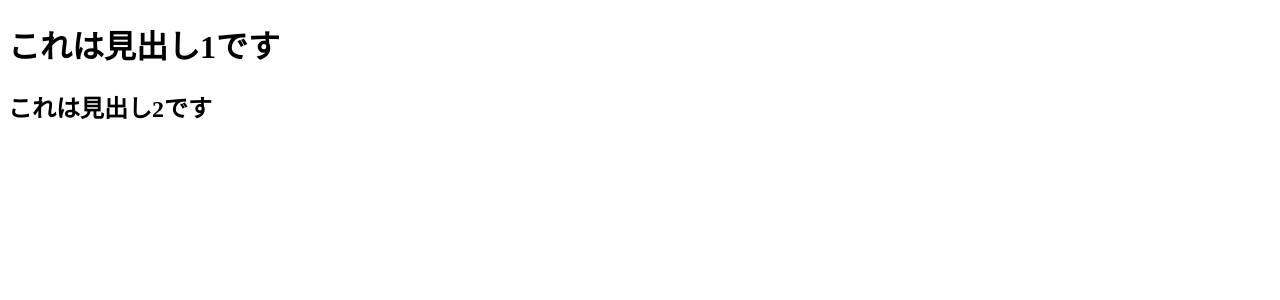
Repository: KustomApe/BlackRabbitTV
Page: 001_HTML/index.html
The author's editor kept a copy of each file at every save. The page is drawn from the files as they stood at one save, then again after the next save.
The browser window is 1280 px wide. The pictures show the whole page.

Above is the page before, as saved 2023-11-13 11:58:15.

After the next save:
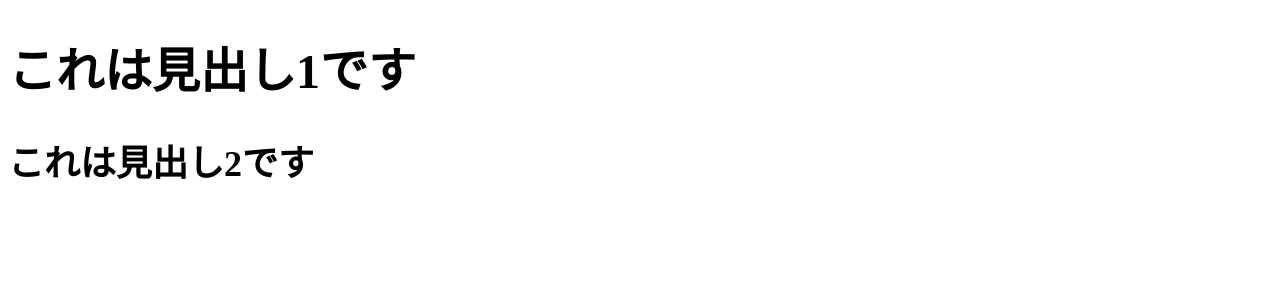
Saved 53 s later.
--- a/001_HTML/index.html
+++ b/001_HTML/index.html
@@ -8,6 +8,11 @@
     <meta name="viewport" content="width=device-width, initial-scale=1.0">
     <title>BlackRabbitTV</title>
     <link>
+    <style>
+        body {
+            font-size: 1.5rem;
+        }
+    </style>
 </head><!-- 終了タグ -->
 <body>
     <!-- HTML5 -->
